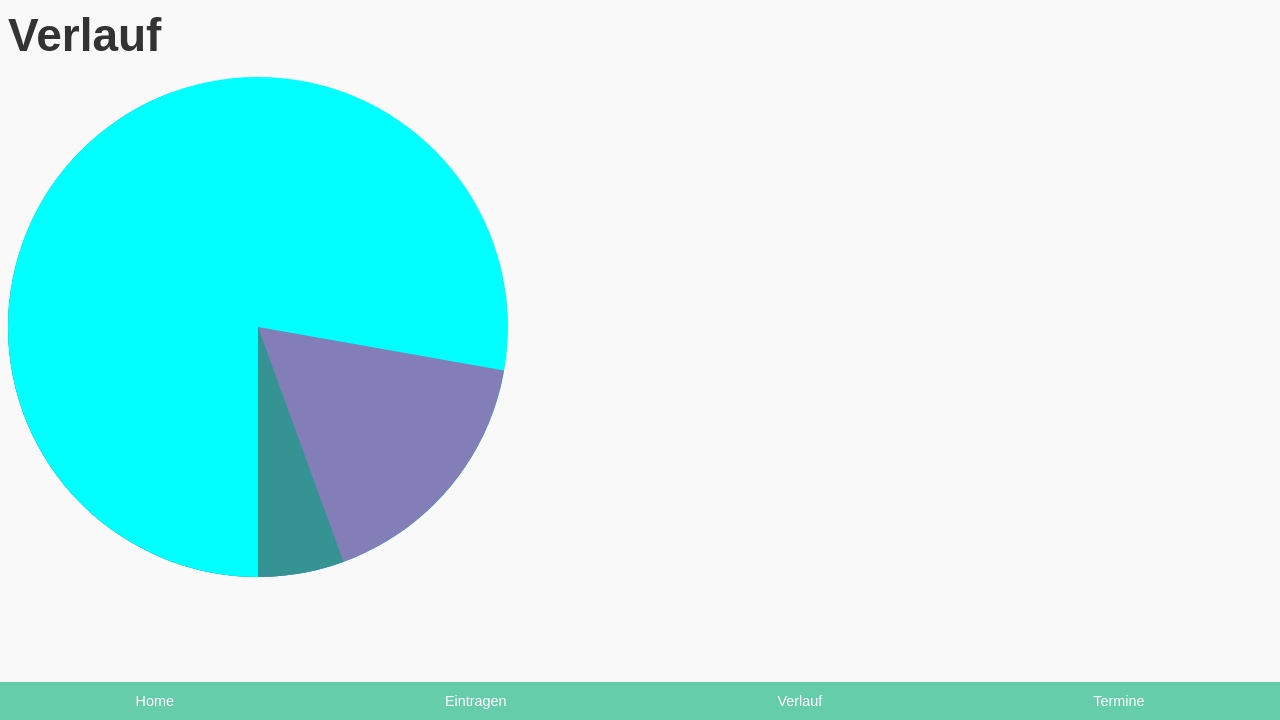
Repository: jakemoes/Pet-Tracker
Page: PWA/trend.html
The author's editor kept a copy of each file at every save. The page is drawn from the files as they stood at one save, then again after a run of saves.
The browser window is 1280 px wide. The pictures show the whole page.

Above is the page before, as saved 2024-12-05 01:27:55.

### PWA/trend.html
<!DOCTYPE html>
<html>
    <head>
        <meta charset="UTF-8">
        <meta name="viewport" content="width=device-width, initial-scale=1.0">
        <title>Verlauf</title>
        <link rel="stylesheet" href="trend.css">
    </head>

    </head>

    <body>
        <h1>Verlauf</h1>

        <div class="container">
            <div class="layer"></div>
            <div class="layer"></div>
            <div class="layer"></div>
            <div class="layer"></div>
        </div>


        <footer>
            <nav>
                <ul class="nav-bar">
                    <li><a href="welcome.html">Home</a></li>
                    <li><a href="#">Eintragen</a></li>
                    <li><a href="trend.html">Verlauf</a></li>
                    <li><a href="appointment.html">Termine</a></li>
                </ul>
            </nav>
        </footer>
    </body>




</html>

### PWA/trend.css

body {
    font-family: Arial, sans-serif;
    padding: 0;
    background-color: #f9f9f9;
    overflow: hidden;
}



.container {
    margin-top: 15px;
    display: flex; /* Enable flexbox */
    flex-direction: column; /* Arrange items vertically */
    justify-content: flex-start; /* Start items from the top */
    padding: 15px; /* Padding inside the container */
    width: 100%;
    box-sizing: border-box;
}

.container {
    position: relative;
    width: 500px;
    height: 500px;
    background-color: transparent;
    border-radius: 50%;
    overflow: hidden;
    padding: 15px;

}


h1 {
    position: relative;
    font-size: 46px;
    text-align: left;
    margin: 0; /* Abstand entfernen */
    color: #333;
}

.layer {
    position: absolute;
    width: 100%;
    height: 100%;
    transform-origin: 0px 250px;
    left: 0;
    top: 0;
    overflow: hidden;
}

.layer::before {
    content: "";
    width: 100%;
    height: 100%;
    position: absolute;
    background-color: transparent;
    transform-origin: 0px 250px;
    top: 0;
    left: 0;
}
 .layer:nth-child(1) {
    background-color: aqua;
    transform: translateX(250px) rotate(0deg);
 }

 .layer:nth-child(1)::before {
    transform: rotate(100deg);
 }

 .layer:nth-child(2) {
    background-color: rgb(131, 125, 184);
    transform: translateX(250px) rotate(100deg);
 }

 .layer:nth-child(2)::before {
    transform: rotate(160deg);
 }

 .layer:nth-child(3) {
    background-color: rgb(54, 147, 147);
    transform: translateX(250px) rotate(160deg);
 }

 .layer:nth-child(3)::before {
    transform: rotate(180deg);
 }

 .layer:nth-child(4) {
    background-color: aqua;
    transform: translateX(250px) rotate(180deg);
 }

 .layer:nth-child(4)::before {
    transform: rotate(20deg);
 }

 footer {
    position: fixed;
    bottom: 0;
    width: 100%;
    background-color: #66cdaa;
    padding: 10px 0;
    box-shadow: 0 -1px 5px rgba(0, 0, 0, 0.1);
}


.nav-bar {
    position: fixed;
    bottom: 0;
    left: 0;
    width: 100%; /* Volle Breite des Bildschirms */
    background-color: #66cdaa; /* Sicherstellen, dass die Farbe gesetzt ist */
    display: flex;
    justify-content: space-around;
    list-style: none;
    margin: 0; /* Kein Außenabstand */
    padding: 10px 0; /* Innenabstand */
    z-index: 10;
}

.nav-bar li {
    text-align: center;
}

.nav-bar a {
    text-decoration: none;
    color: white;
    font-size: 0.9em;
}

.nav-bar a:hover {
    text-decoration: underline;
}

After the next 2 saves:
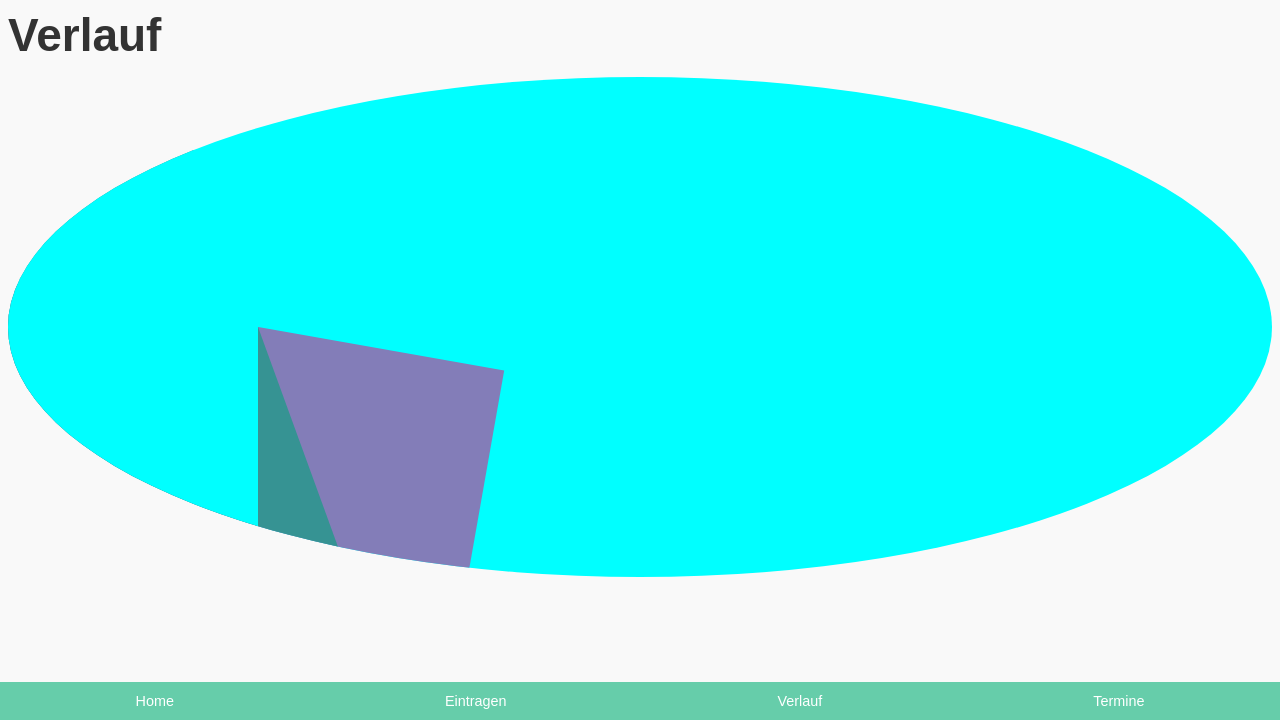
The 2 saves are shown as one change because they came seconds apart.
The last was saved 9 s later.
--- a/PWA/trend.css
+++ b/PWA/trend.css
@@ -20,7 +20,7 @@ body {
 
 .container {
     position: relative;
-    width: 500px;
+    width: 100%;
     height: 500px;
     background-color: transparent;
     border-radius: 50%;
